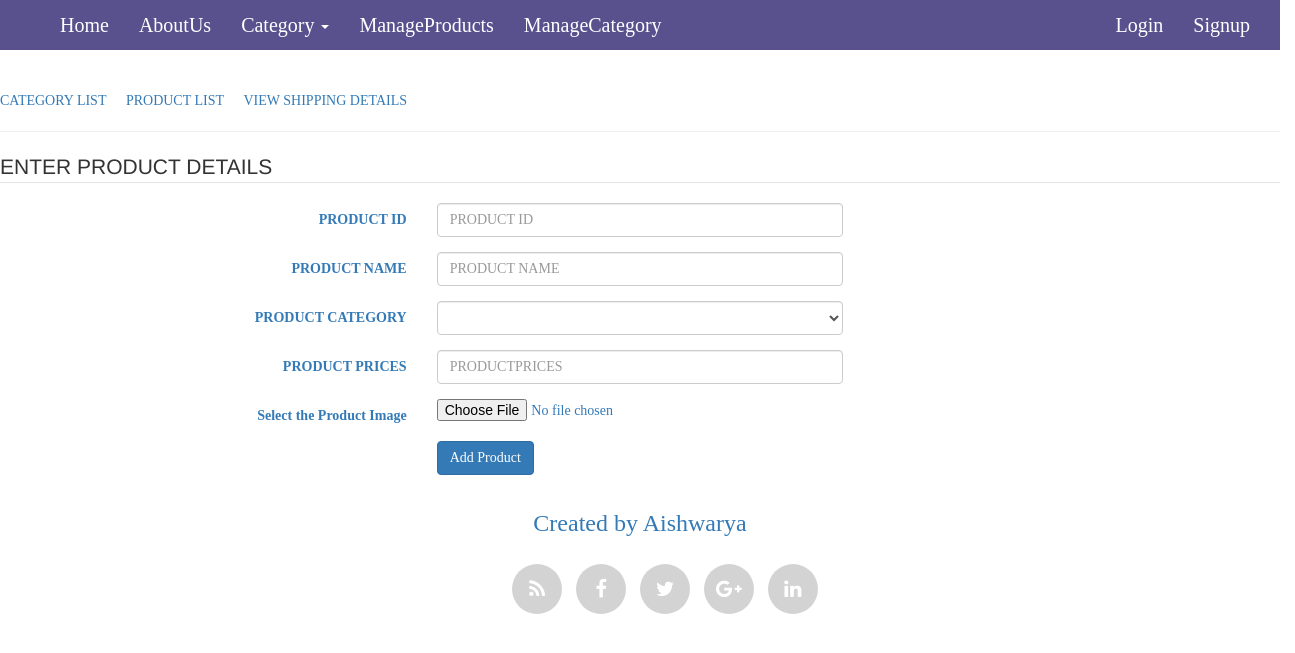
Repository: qwertuy/DTPROGRAMSPROJECTS
Page: http://localhost/Ecommerce/WEB-INF/views/Adding.jsp
The author's editor kept a copy of each file at every save. The page is drawn from the files as they stood at one save, then again after the next save.
The browser window is 1280 px wide. The page is 1295 px wide, so the pictures cover 1295 px, including what lies to the right of the window. The pictures show the whole page.
Some web libraries are served in a nearby version. The page is served by Tomcat 9. Nobody is signed in. The template is opened directly, without the code that normally fills it, so the values that code supplies are empty.

Above is the page before, as saved 2018-03-18 12:01:30.
Console error: SyntaxError: Unexpected token '{'

After the next save:
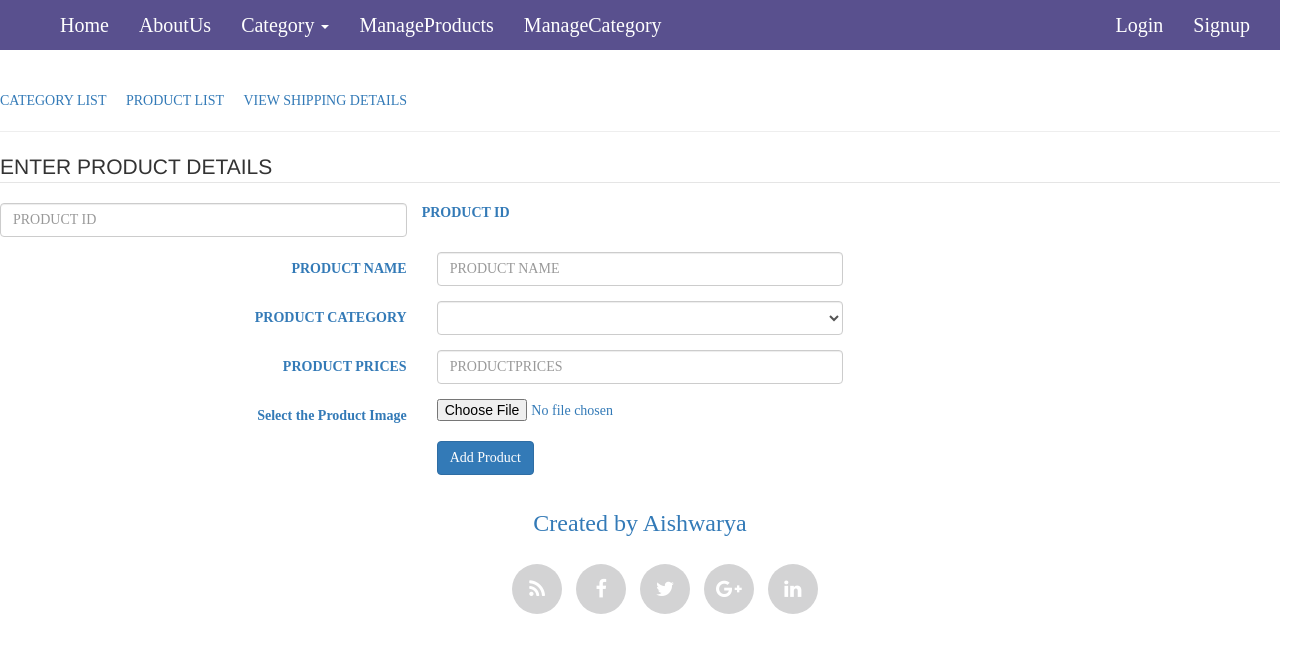
Saved 31 s later.
--- a/Ecommerce/src/main/webapp/WEB-INF/views/Adding.jsp
+++ b/Ecommerce/src/main/webapp/WEB-INF/views/Adding.jsp
@@ -36,7 +36,7 @@
 
 <!-- Text input-->
 <div class="form-group">
-  <label class="col-md-4 control-label" for="product_id"" style="colour:black;font-family:Aharoni">PRODUCT ID</label>
+  <label style="col-md-4 control-label" for="product_id""colour:black;font-family:Aharoni">PRODUCT ID</label>
   <div class="col-md-4">
   <input id="product_id"  name="id" placeholder="PRODUCT ID" class="form-control input-md" required="" type="text">
 
